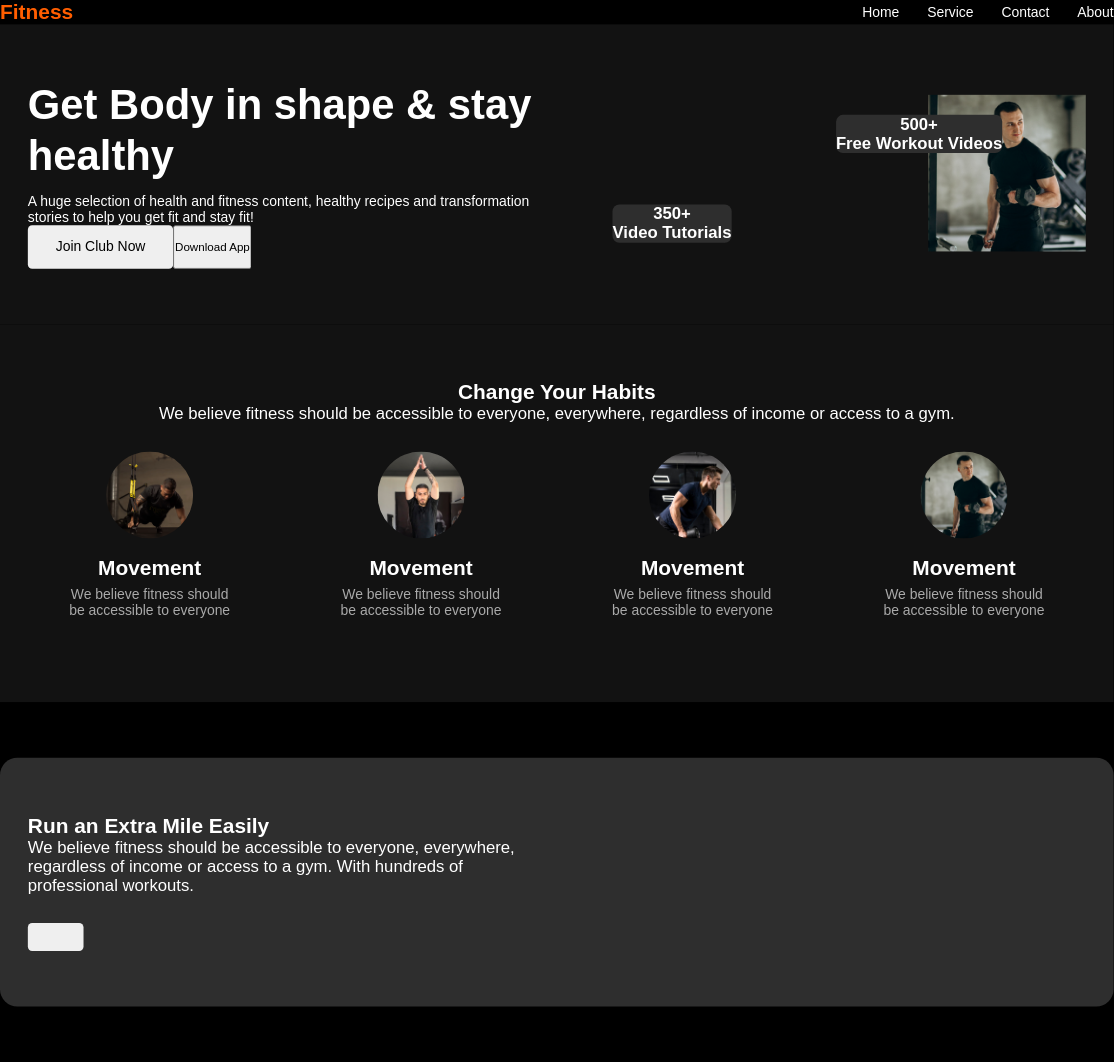
Repository: Aminul-Islam85/Assignment-2
Page: index.html
An editor plug-in stored every save of this project. The page is shown before and after the next save, followed by the edit.
The browser window is 1280 px wide. The pictures show the whole page, at 87% of full size.

Above is the page before, as saved 2024-10-23 15:40:51.

### index.html
<!DOCTYPE html>
<html lang="en">
<head>
    <meta charset="UTF-8">
    <meta name="viewport" content="width=device-width, initial-scale=1.0">
    <title>Fitness Website</title>
    <link rel="stylesheet" href="styles.css">
</head>
<body>

    <nav class="navbar">
        <h1 class="heading-text"></a>Fitness</h1>
        <ul class="nav-links">
            <li><a href="#"></a>Home</li>
            <li><a href="#"></a>Service</li>
            <li><a href="#"></a>Contact</li>
            <li><a href="#"></a>About</li>
        </ul>
        <div class="hamburger">
            <span></span>
            <span></span>
            <span></span>
        </div>
    </nav>

    <section class="hero">
        <div class="hero-content">
            <h1>Get Body in <span class="highlighted">shape</span> & stay healthy</h1>
            <p>A huge selection of health and fitness content, healthy recipes and transformation stories to help you get fit and stay fit!</p>
            <div class="hero-buttons">
                <button class="cta-btn join-btn"> Join Club Now</button>
                <button cta-btn download-btn>Download App</button>
            </div>
        </div>
        <div class="hero-image">
            <img src="images/image 5.png" alt="Trainer">
        </div>

        <div class="info-card workout-card">500+<br>Free Workout Videos</div>
        <div class="info-card tutorial-card">350+<br>Video Tutorials</div>
    </section>

    <section class="habits">
        <h1>Change Your Habits</h1>
        <p>We believe fitness should be accessible to everyone, everywhere, regardless of income or access to a gym.</p>
        <div class="habits-gallery">
            <div class="habit-item">
                <img src="images/image 3.png" alt="Movement">
                <h3>Movement</h3>
                <p>We believe fitness should be accessible to everyone</p>
            </div>
            <div class="habit-item">
                <img src="images/image 2.png" alt="Time">
                <h3>Movement</h3>
                <p>We believe fitness should be accessible to everyone</p>
            </div>
            <div class="habit-item">
                <img src="images/image 4.png" alt="Practice">
                <h3>Movement</h3>
                <p>We believe fitness should be accessible to everyone</p>
            </div>
            <div class="habit-item">
                <img src="images/image 5.png" alt="Wait Loss">
                <h3>Movement</h3>
                <p>We believe fitness should be accessible to everyone</p>
            </div>
        </div>

    </section>

    <section class="extra-mile">
        <div class="extra-mile-content">
            <h2>Run an Extra Mile Easily</h2>
            <p>We believe fitness should be accessible to everyone, everywhere, regardless of income or access to a gym. With hundreds of professional workouts.</p>
            <button class="cta-btn extra-mile-btn"></button>
        </div>
    </section>


</body>
</html>

### styles.css
/*Global Styles*/
* {
    margin: 0;
    padding: 0;
    box-sizing: border-box;
}

body {
    font-family: 'Arial', sans-serif;
    background-color: black;
    color: #fff;
}

/*Navbar*/
.navbar {
    display: flex;
    justify-content: space-between;
    align-items: center;
    padding: 1 rem 2 rem;
    background-color: transparent;
}

.heading-text {
    font-size: 1.5rem;
    color: #ff5e00;
}

/*nav-link hidden in moble*/
.nav-links {
    list-style: none;
    display: flex;
    gap: 2rem;
}

.nav-links a {
    color: #fff;
    text-decoration: none;
    font-size: 1rem;
}

/*Hamburger menu hidden in desktop*/
.hamburger {
    display: none;
    flex-direction: column;
    cursor: pointer;
}

.hamburger span {
    width: 25px;
    height: 3px;
    background-color: #fff;
    margin: 4px;
    transition: 0.3s;
}

/*responsiveness*/

@media (max-width: 768) {
    .nav-links {
        display: none;
    }
    .hamburger {
        display: flex;
    }
    /*hamburger clicked show nav-links*/
    .navbar.active .nav-links {
        display: flex;
        flex-direction: column;
        position: absolute;
        top: 60px;
        right: 0;
        background-color: #12121212;
        width: 100%;
        height: auto;
        text-align: center;
        padding: 1rem;
    }
    .nav-links li {
        margin: 1rem 0;
    }
}

/* Hero section*/
.hero {
    display: flex;
    justify-content: space-between;
    align-items: center;
    padding: 4rem 2rem;
    background-color: #121212;
    position: relative;
}
.hero-content {
    max-width: 50%;
}

.hero h1 {
    font-size: 3rem;
    line-height: 1.2;
    margin-bottom: 1rem;
}

.hero.highlighted {
    font-style: italic;
    font-weight: 700;
    color: #ff5e00;
}

hero p {
    font-size: 1.2rem;
    margin-bottom: 2rem;
}

.hero-buttons {
    display: flex;
    gap: irem;
}

.cta-btn {
    padding: 1rem 2rem;
    font-size: 1rem;
    border: none;
    border-radius: 5px;
    cursor: pointer;
}

.join.btn {
    background-color: #ff5e00;
    color: #fff;
}

.download-btn {
    background-color: transparent;
    border: 2px solid #fff;
    color: #fff;
}

.hero-image img {
    max-width: 100%;
    height: auto;
}

/*Info Cards*/
.info-card {
    position: absolute;
    background-color: #2e2e2e;
    color: white;
    border-radius: 8px;
    padding: 1re 1.5rem;
    font-size: 1.2rem;
    font-weight: bold;
    text-align: center;
}

.workout-card {
    top: 30%;
    right: 10%;
}

.tutorial-card {
    top: 60%;
    left: 55%;
}

/*Hero reponsive for mobile*/
@media (max-width: 768px) {
.hero {
    flex-direction: column;
    text-align: center;
}
.hero-content {
    max-width: 100%;
    margin-bottom: 2rem;
}
.hero-image img {
    max-width: 100%;
    height: auto;
}
.info-card {
    font-size: 1rem;
    padding: 0.75rem 1 rem;
    position: relative;
    margin: 1rem auto;
    width: auto;
}
.workout-card, .tutorial-card {
    top: auto;
    left: auto;
    right: auto;
    transform: none;
    margin-bottom: 1rem;
 }
}

/*Hero Buttons on mobile*/
@media (max-width:480px) {
    .hero-buttons {
        flex-direction: column;
        gap: 1rem;
    }
    .cta-btn {
        width: 100%;
    }
}

/*Change habit section*/
.habits {
    padding: 4rem 2rem;
    text-align: center;
    background-color: #121212;
}

.habits h2 {
    font-size: 2.5rem;
    margin-bottom: 1rem;
}

.habits p {
    font-size: 1.2rem;
    margin-bottom: 2rem;
}

.habits-gallery {
    display: flex;
    justify-content: space-around;
    align-items: center;
    flex-wrap: wrap;
    gap: 2rem;
}

.habit-item {
    text-align: center;
    max-width: 200px;
}

.habit-item img {
    width: 100px;
    height: 100px;
    border-radius: 50%;
    margin-bottom: 1rem;
}

.habit-item h3 {
    font-size: 1.5rem;
    margin-bottom: 0.5rem;
}
.habit-item p {
    font-size: 1rem;
    color: #aaa;
}

/*Extra mile section*/
.extra-mile {
    display: flex;
    justify-content: space-between;
    align-items: center;
    background-color: #2e2e2e;
    padding: 4rem 2rem;
    border-radius: 20px;
    margin: 4rem 0;
}

.extra-mile-content {
    max-width: 50%;
}
extra-mile h2 {
    font-size: 2.5rem;
    margin-bottom: 1rem;
}
.extra-mile p {
    font-size: 1.2rem;
    margin-bottom: 2rem;
}
.extra-mile btn {
    background-color: #ff5e00;
    color: white;
    border: none;
    padding: 1rem 2rem;
    border-radius: 5px;
    cursor: pointer;
}
.extra-mile image img {
    border-radius: 10px;
    max-width: 100%;
}
/*Footer*/
footer {
    text-align: center;
    padding: 1rem;
    background-color: #333;
    color: #fff;
    margin-top: 2rem;
}
/*responsive design*/
@media (max-width: 768px) {
    .hero h1 {
        font-size: 2rem;
    }
    .hero p {
        font-size: 1rem;
    }
    .extra-mile {
        flex-direction: column;
        text-align: center;
    }
    .extra-mile-content, .extra-mile-image {
        max-width: 100%;
    }
}

@media (max-width: 480px) {
    hero h1 {
        font-size: 1.5rem;
    }
    .hero p {
        font-size: 0.9rem;
    }
}

/* Trainings and Exercise*/
.trainings-exercises {
    padding: 4rem 2rem;
    text-align: center;
    background-color: #121212;
}

.trainings-exercises h2 {
    font-size: 2.5rem;
    margin-bottom: 1rem;
}
.trainings-exercises p {
    font-size: 1.2rem;
    margin-bottom: 2rem;
    color: #aaa;
}
.exercise-gallery {
    display: grid;
    grid-template-columns: repeat(3, 1fr);
    gap: 1rem;
}
.exercise-item {
    position: relative;
}
.exercise-item img {
    width: 100%;
    height: auto;
    border-radius: 10px;
}
.exercise-overlay {
    position: absolute;
    top: 0;
    left: 0;
    width: 100%;
    height: 100%;
    background-color: rgba(0, 0, 0, 0.5);
    color: white;
    display: flex;
    justify-content: center;
    align-items: center;
    opacity: 0;
    transition: opacity 0.3s ease;
    border-radius: 10px;
}
.exercise-item:hover .exercise-overlay {
    opacity: 1;
}
.exercise-overlay p {
    font-size: 1.2rem;
    text-align: center;
}

/*BMI*/
.bmi-calculator {
    background-color: #121212;
    padding: 4rem 2rem;
}
.bmi-title {
    text-align: center;
    margin-bottom: 2rem;
}
.bmi-title h2 {
    font-size: 2.5rem;
    margin-bottom: 1rem;
    color: #fff;
}
.bmi-title p {
    font-size: 1.2rem;
    color: #aaa;
}

/*calculator*/
.bmi-content {
    display: flex;
    justify-content: space-between;
    align-items: flex-start;
    background-color: #121212;
    padding: 2rem;
    border-radius: 20px;
}
.bmi-chart {
    flex: 1;
    margin-right: 2rem;
}
.bmi-chart h3 {
    color:#fff;
    margin-bottom: 1rem;
}
.bmi-chart table {
    width: 100%;
    border-collapse: collapse;
}
.bmi-chart table th, .bmi-chart table td {
    padding: 1rem;
    text-align: left;
    border: 1px solid #fff;
    color: #fff;
}
.bmi-form {
    flex: 1;
}
bmi-form h3 {
    color: #fff;
    margin-bottom: 1rem;
}
bmi-form p {
    margin-bottom: 2rem;
    color: #aaa;
}
.bmi-form input, .bmi-form select {
    width: 100%;
    padding: 1rem;
    margin-bottom: 1rem;
    border-radius: 5px;
    border: none;
    background-color: #333;
    color: #fff;
}
.bmi-form select {
    cursor: pointer;
}
.bmi-form, .calculate-btn {
    width: 100%;
    padding: 1rem 2rem;
    border-radius: 5px;
    border: none;
    background-color: #ff5e00;
    color: white;
    cursor: pointer;
    text-align: center;
}

/*responsiveness*/
@media (max-width: 768px) {
    .bmi-content {
        flex-direction: column;
    }
    .bmi-chart {
        margin-right: 0;
        margin-bottom: 2rem;
    }
}

/*Meet our team*/
.team-selection {
    background-color: #121212;
    padding: 4rem 2rem;
}
.team-title {
    text-align: center;
    margin-bottom: 2rem;
}
.team-title h2 {
    font-size: 2.5rem;
    margin-bottom: 1rem;
    color: #fff;
}
.team-title p {
    font-size: 1.2rem;
    color: #aaa;
}

/*Team-content*/
.team-content {
    display: grid;
    grid-template-columns: repeat(3,1fr);
    gap: 1.5rem;
    background-color: #2e2e2e;
    padding: 2rem;
    border-radius: 20px;
}
.team-member {
    position: relative;
    border-radius: 10px;
    overflow: hidden;
}
.team-member img {
    width: 100%;
    height: auto;
    border-radius: 10px;
}
.team-overlay {
    position: absolute;
    bottom: 0;
    left: 0;
    width: 100%;
    background-color: rgba(0, 0, 0, 0.5);
    color: white;
    padding: 1rem;
    text-align: center;
    transition: background-color 0.3s ease;
}
.team-member:hover .team-overlay {
    background-color: rgba(0, 0, 0, 0.7);
}
.team-overlay h3 {
    margin: 0;
    font-size: 1.2rem;
}
.team-overlay p {
    margin: 0.5rem 0 0;
    font-size: 0.9rem;
}

/*responsive design*/
@media (max-width: 768px) {
    .team.content {
        grid-template-columns: repeat(2, 1fr);
    }
}

@media (max-width: 480px) {
    .team.content {
        grid-template-columns: 1fr;
    }
}

/*footer section*/
.footer-section {
    background-color: #2e2e2e;
    padding: 4rem 2rem;
    color: #fff;
}
.footer-content {
    display: flex;
    justify-content: space-between;
    align-items: flex-start;
    margin-bottom: 2rem;
}
.footer-logo {
    font-size: 2.5rem;
    color: #ff5e00;
}
.footer-content p {
    max-width: 300px;
    color: #aaa;
}
.footer-links {
    display: flex;
    flex-direction: column;
}
.footer-links h3 {
    margin-bottom: 1rem;
}
.footer-links ul {
    list-style: none;
    padding: 0;
}
.footer-links li {
    margin-bottom: 0.5rem;
}
.footer-links a {
    color: #fff;
    text-decoration: none;
    transition: 0.3s ease;
}
.footer-links a:hover {
    color: #ff5e00;
}
.footer-bottom {
    text-align: center;
    padding-top: 1rem;
    border-top: 1px solid #444;
    color: #aaa;
}

/*rensiveness*/
@media (max-width: 768px) {
    .footer-content {
        flex-direction: column;
        text-align: center;
    }
    .footer-links {
        margin-top: 2rem;
    }
}

After the next save:
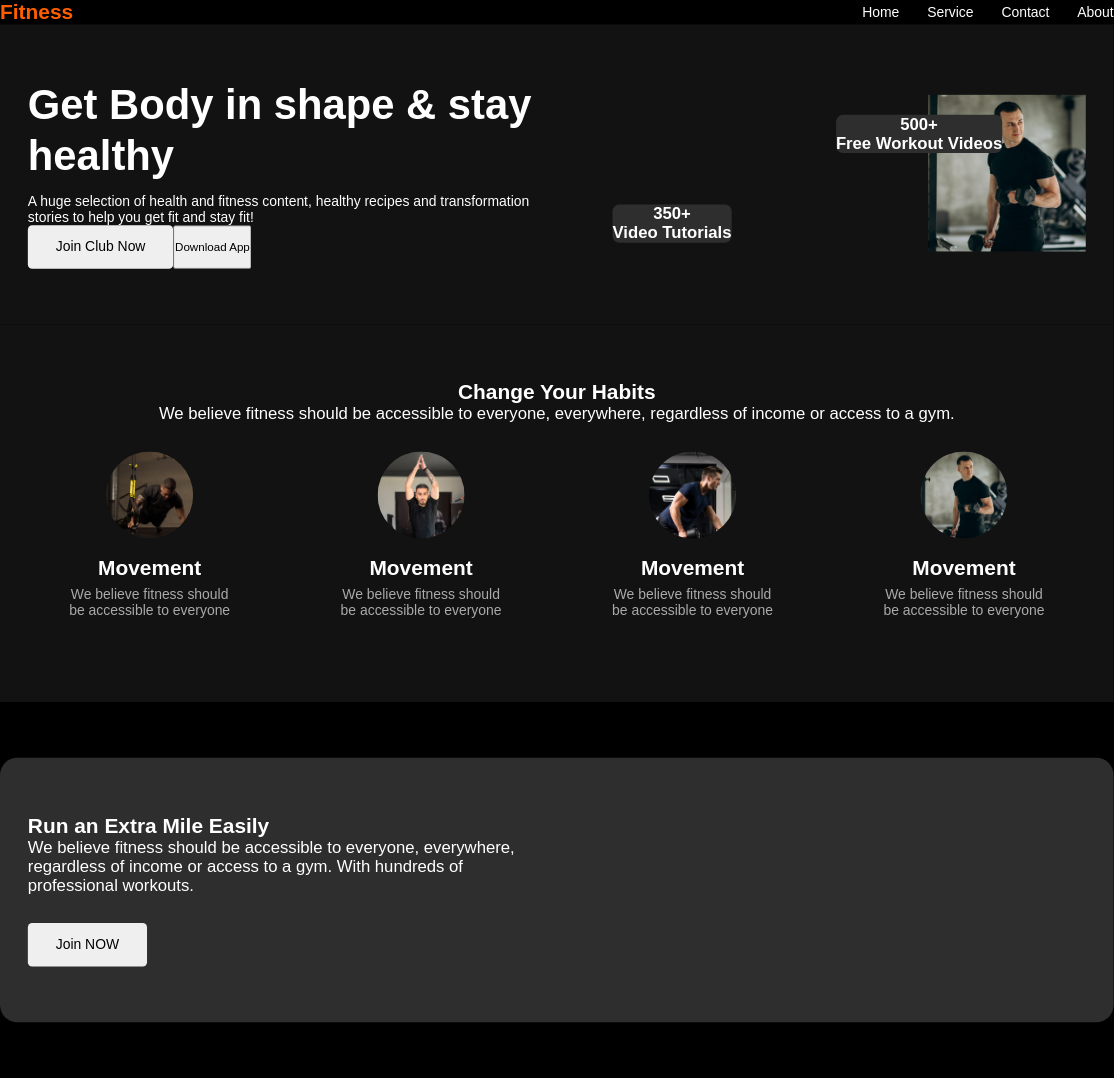
Saved 17 s later.
--- a/index.html
+++ b/index.html
@@ -72,7 +72,7 @@
         <div class="extra-mile-content">
             <h2>Run an Extra Mile Easily</h2>
             <p>We believe fitness should be accessible to everyone, everywhere, regardless of income or access to a gym. With hundreds of professional workouts.</p>
-            <button class="cta-btn extra-mile-btn"></button>
+            <button class="cta-btn extra-mile-btn">Join NOW</button>
         </div>
     </section>
 
